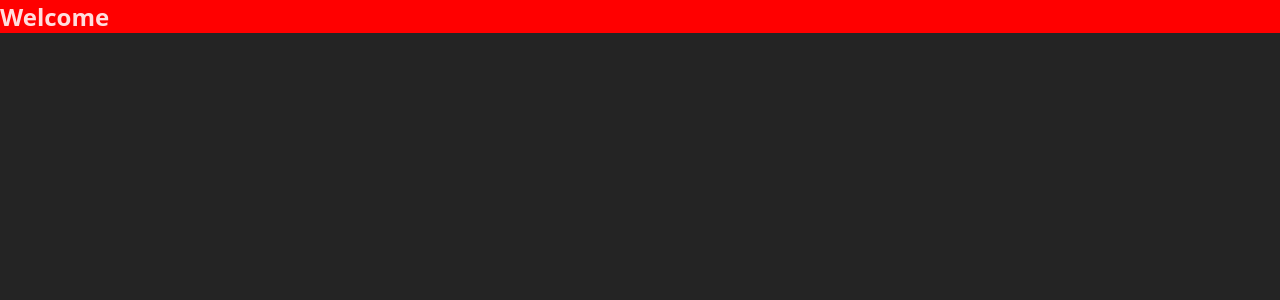
Repository: pedroantoniosi/ngm-esports-site
Page: /
The author's editor kept a copy of each file at every save. The page is drawn from the files as they stood at one save, then again after the next save.
The browser window is 1280 px wide. The pictures show the whole page.
The project was rebuilt for these pictures with package versions that can differ from the ones it lists, and the page was loaded fresh each time. Also part of the build but not shown: vite.config.ts.

Above is the page before, as saved 2025-10-24 21:06:49.

### index.html
<!doctype html>
<html lang="en">
  <head>
    <meta charset="UTF-8" />
    <link rel="icon" type="image/svg+xml" href="/vite.svg" />
    <meta name="viewport" content="width=device-width, initial-scale=1.0" />
    <title>ngmesports</title>
  </head>
  <body>
    <div id="root"></div>
    <script type="module" src="/src/main.tsx"></script>
  </body>
</html>

### src/main.tsx
import { StrictMode } from "react";
import { createRoot } from "react-dom/client";
import "./index.css";
import "./reset.css";
import App from "./App.tsx";

createRoot(document.getElementById("root")!).render(
  <StrictMode>
    <App />
  </StrictMode>
);

### src/index.css
:root {
  font-family: system-ui, Avenir, Helvetica, Arial, sans-serif;
  font-weight: 400;

  color-scheme: light dark;
  color: rgba(255, 255, 255, 0.87);
  background-color: #242424;

  font-synthesis: none;
  text-rendering: optimizeLegibility;
  -webkit-font-smoothing: antialiased;
  -moz-osx-font-smoothing: grayscale;
}




.hero-container {
  background-color: red;
}

### src/reset.css
/* <!-- ----------------------------------------------------------------------------------------------------------------- --> */
*,
*::before,
*::after {
  margin: 0;
  padding: 0;
  box-sizing: border-box;
  font-family: system-ui, -apple-system, BlinkMacSystemFont, "Segoe UI", Roboto, Oxygen, Ubuntu, Cantarell, "Open Sans", "Helvetica Neue", sans-serif;
}

input,
button,
select,
textarea {
  cursor: pointer;
  border: transparent;
  background-color: transparent;
  outline: none;
}

textarea {
  resize: none;
  min-height: 150px;

  /* Scrollbar moderno */
  &::-webkit-scrollbar {
    width: 12px;
    /* largura da barra lateral */
    height: 12px;
    /* altura da barra inferior */
  }

  &::-webkit-scrollbar-track {
    background: #0f0f0f;
    /* fundo do track */
  }

  &::-webkit-scrollbar-thumb {
    background-color: #555;
    border-radius: 10px;
    transition: background-color 0.3s ease;

    &:hover {
      background-color: #777;
      /* efeito hover suave */
    }

    &:active {
      background-color: #999;
      /* quando clica */
    }
  }

  /* Firefox */
  scrollbar-width: thin;
  scrollbar-color: #555 #0f0f0f;
}

ul,
ol {
  list-style: none;
}

a {
  text-decoration: none;
}

img,
picture {
  max-width: 100%;
  display: block;
  height: auto;
}

/* <!-- ----------------------------------------------------------------------------------------------------------------- --> */
.row-auto {
  display: flex;

  &>* {
    display: flex;
    flex: 1;
  }
}

.flex-1 {
  display: flex;
  flex: 1;
}

.flex-wrap {
  display: flex;
  flex-wrap: wrap;
}

/* <!-- ----------------------------------------------------------------------------------------------------------------- --> */
.row,
.row-xl,
.row-lg,
.row-md,
.row-sm {
  display: flex;
  flex-direction: row;
}

.col,
.col-xl,
.col-lg,
.col-md,
.col-sm {
  display: flex;
  flex-direction: column;
}

.row-reverse {
  display: flex;
  flex-direction: row-reverse;
}

.col-reverse {
  display: flex;
  flex-direction: column-reverse;
}

/* <!-- ----------------------------------------------------------------------------------------------------------------- --> */
.justify-center {
  justify-content: center;
}

.justify-around {
  justify-content: space-around;
}

.justify-between {
  justify-content: space-between;
}

.justify-evenly {
  justify-content: space-evenly;
}

.justify-start {
  justify-content: flex-start;
}

.justify-end {
  justify-content: flex-end;
}

/* <!-- ----------------------------------------------------------------------------------------------------------------- --> */
.align-center {
  align-items: center;
}

.align-start {
  align-items: start;
}

.align-end {
  align-items: end;
}

.align-self-center {
  align-self: center;
}

.align-self-start {
  align-self: flex-start;
}

.align-self-end {
  align-self: end;
}

/* <!-- ----------------------------------------------------------------------------------------------------------------- --> */
.gap-05 {
  gap: 0.5rem;
}

.gap-1 {
  gap: 1rem;
}

.gap-2 {
  gap: 2rem;
}

.gap-3 {
  gap: 3rem;
}

.gap-4 {
  gap: 4rem;
}

.gap-5 {
  gap: 5rem;
}

/* <!-- ----------------------------------------------------------------------------------------------------------------- --> */
.grid-auto {
  display: grid;
  grid-auto-flow: column;
  grid-auto-columns: 1fr;
}

.grid-2 {
  grid-template-columns: repeat(2, 1fr);
  grid-template-rows: auto;
}

.grid-3 {
  grid-template-columns: repeat(3, 1fr);
  grid-template-rows: auto;
}

.grid-4 {
  grid-template-columns: repeat(4, 1fr);
  grid-template-rows: auto;
}

.grid-5 {
  grid-template-columns: repeat(5, 1fr);
  grid-template-rows: auto;
}

.grid-6 {
  grid-template-columns: repeat(6, 1fr);
  grid-template-rows: auto;
}

.grid-7 {
  grid-template-columns: repeat(7, 1fr);
  grid-template-rows: auto;
}

.grid-8 {
  grid-template-columns: repeat(8, 1fr);
  grid-template-rows: auto;
}

.grid-9 {
  grid-template-columns: repeat(9, 1fr);
  grid-template-rows: auto;
}

.grid-10 {
  grid-template-columns: repeat(10, 1fr);
  grid-template-rows: auto;
}

.grid-11 {
  grid-template-columns: repeat(11, 1fr);
  grid-template-rows: auto;
}

.grid-12 {
  grid-template-columns: repeat(12, 1fr);
  grid-template-rows: auto;
}

.grid-2,
.grid-3,
.grid-4,
.grid-5,
.grid-6,
.grid-7,
.grid-8,
.grid-9,
.grid-10,
.grid-11,
.grid-12 {
  display: grid;
  grid-template-rows: 1fr;
}

/* <!-- -------------------------------- Margin -------------------------------- --> */
.m-auto {
  margin: 0 auto;
}

.mt-auto {
  margin-top: auto;
}

.mb-auto {
  margin-bottom: auto;
}

.ms-auto {
  margin-left: auto;
}

.me-auto {
  margin-right: auto;
}

.m-0 {
  margin: 0;
}

.m-05 {
  margin: 0.5rem;
}

.m-1 {
  margin: 1rem;
}

.m-2 {
  margin: 2rem;
}

.m-3 {
  margin: 3rem;
}

.m-4 {
  margin: 4rem;
}

.m-5 {
  margin: 5rem;
}

.mt-05 {
  margin-top: 0.5rem;
}

.mt-1 {
  margin-top: 1rem;
}

.mt-2 {
  margin-top: 2rem;
}

.mt-3 {
  margin-top: 3rem;
}

.mt-4 {
  margin-top: 4rem;
}

.mt-5 {
  margin-top: 5rem;
}

.mb-05 {
  margin-bottom: 0.5rem;
}

.mb-1 {
  margin-bottom: 1rem;
}

.mb-2 {
  margin-bottom: 2rem;
}

.mb-3 {
  margin-bottom: 3rem;
}

.mb-4 {
  margin-bottom: 4rem;
}

.mb-5 {
  margin-bottom: 5rem;
}

.ms-05 {
  margin-left: 0.5rem;
}

.ms-1 {
  margin-left: 1rem;
}

.ms-2 {
  margin-left: 2rem;
}

.ms-3 {
  margin-left: 3rem;
}

.ms-4 {
  margin-left: 4rem;
}

.ms-5 {
  margin-left: 5rem;
}

.me-05 {
  margin-right: 0.5rem;
}

.me-1 {
  margin-right: 1rem;
}

.me-2 {
  margin-right: 2rem;
}

.me-3 {
  margin-right: 3rem;
}

.me-4 {
  margin-right: 4rem;
}

.me-5 {
  margin-right: 5rem;
}

.mx-05 {
  margin-left: 0.5rem;
  margin-right: 0.5rem;
}

.mx-1 {
  margin-left: 1rem;
  margin-right: 1rem;
}

.mx-2 {
  margin-left: 2rem;
  margin-right: 2rem;
}

.mx-3 {
  margin-left: 3rem;
  margin-right: 3rem;
}

.mx-4 {
  margin-left: 4rem;
  margin-right: 4rem;
}

.mx-5 {
  margin-left: 5rem;
  margin-right: 5rem;
}

.my-05 {
  margin-top: 0.5rem;
  margin-bottom: 0.5rem;
}

.my-1 {
  margin-top: 1rem;
  margin-bottom: 1rem;
}

.my-2 {
  margin-top: 2rem;
  margin-bottom: 2rem;
}

.my-3 {
  margin-top: 3rem;
  margin-bottom: 3rem;
}

.my-4 {
  margin-top: 4rem;
  margin-bottom: 4rem;
}

.my-5 {
  margin-top: 5rem;
  margin-bottom: 5rem;
}

/* <!-- -------------------------------- Padding -------------------------------- --> */
.p-0 {
  padding: 0;
}

.p-05 {
  padding: 0.5rem;
}

.p-1 {
  padding: 1rem;
}

.p-2 {
  padding: 2rem;
}

.p-3 {
  padding: 3rem;
}

.p-4 {
  padding: 4rem;
}

.p-5 {
  padding: 5rem;
}

.pt-05 {
  padding-top: 0.5rem;
}

.pt-1 {
  padding-top: 1rem;
}

.pt-2 {
  padding-top: 2rem;
}

.pt-3 {
  padding-top: 3rem;
}

.pt-4 {
  padding-top: 4rem;
}

.pt-5 {
  padding-top: 5rem;
}

.pb-05 {
  padding-bottom: 0.5rem;
}

.pb-1 {
  padding-bottom: 1rem;
}

.pb-2 {
  padding-bottom: 2rem;
}

.pb-3 {
  padding-bottom: 3rem;
}

.pb-4 {
  padding-bottom: 4rem;
}

.pb-5 {
  padding-bottom: 5rem;
}

.ps-05 {
  padding-left: 0.5rem;
}

.ps-1 {
  padding-left: 1rem;
}

.ps-2 {
  padding-left: 2rem;
}

.ps-3 {
  padding-left: 3rem;
}

.ps-4 {
  padding-left: 4rem;
}

.ps-5 {
  padding-left: 5rem;
}

.pe-05 {
  padding-right: 0.5rem;
}

.pe-1 {
  padding-right: 1rem;
}

.pe-2 {
  padding-right: 2rem;
}

.pe-3 {
  padding-right: 3rem;
}

.pe-4 {
  padding-right: 4rem;
}

.pe-5 {
  padding-right: 5rem;
}

.px-05 {
  padding-left: 0.5rem;
  padding-right: 0.5rem;
}

.px-1 {
  padding-left: 1rem;
  padding-right: 1rem;
}

.px-2 {
  padding-left: 2rem;
  padding-right: 2rem;
}

.px-3 {
  padding-left: 3rem;
  padding-right: 3rem;
}

.px-4 {
  padding-left: 4rem;
  padding-right: 4rem;
}

.px-5 {
  padding-left: 5rem;
  padding-right: 5rem;
}

.py-05 {
  padding-top: 0.5rem;
  padding-bottom: 0.5rem;
}

.py-1 {
  padding-top: 1rem;
  padding-bottom: 1rem;
}

.py-2 {
  padding-top: 2rem;
  padding-bottom: 2rem;
}

.py-3 {
  padding-top: 3rem;
  padding-bottom: 3rem;
}

.py-4 {
  padding-top: 4rem;
  padding-bottom: 4rem;
}

.py-5 {
  padding-top: 5rem;
  padding-bottom: 5rem;
}

/* <!-- -------------------------------- Tools -------------------------------- --> */
.position-absolute {
  position: absolute;
}

.center-aboslute {
  top: 50%;
  left: 50%;
  transform: translate(-50%, -50%);
}

.position-relative {
  position: relative;
}

.position-fixed {
  position: fixed;
}

.position-sticky {
  position: sticky;
}

/* <!-- -------------------------------- Display -------------------------------- --> */
.row,
.row-xl,
.row-lg,
.row-md,
.row-sm {
  display: flex;
}

.d-grid,
.d-grid-xl,
.d-grid-lg,
.d-grid-md,
.d-grid-sm {
  display: grid;
}

.d-none,
.d-none-xl,
.d-none-lg,
.d-none-md,
.d-none-sm {
  display: none;
}

.d-block,
.d-block-xl,
.d-block-lg,
.d-block-md,
.d-block-sm {
  display: block;
}

.d-flex,
.d-flex-xl,
.d-flex-lg,
.d-flex-md,
.d-flex-sm {
  display: flex;
}

/* <!-- -------------------------------- Tools -------------------------------- --> */
.cursor-pointer {
  cursor: pointer;
}

.overflow-hidden {
  overflow: hidden;
}

.textwrap-none {
  white-space: none;
}

.select-none {
  -webkit-user-select: none;
  -moz-user-select: none;
  user-select: none;
}

.text-center {
  text-align: center;
}

.place-center {
  place-items: center;
}

.w-100 {
  width: 100%;
}

.h-100 {
  height: 100%;
}

/* Large screen devices (Desktops) */
@media (max-width: 992px) {
  .row-lg {
    display: flex;
    flex-direction: column;
  }

  .d-flex-lg {
    display: none;
  }

  .d-none-lg {
    display: block;
  }
}

/* Medium Screens Devices (Tablets) */
@media (max-width: 768px) {
  .row-md {
    display: flex;
    flex-direction: column;
  }

  .d-flex-md {
    display: none;
  }

  .d-none-md {
    display: block;
  }
}

/*  Small devices (Phones) */
@media (max-width: 568px) {
  .row-sm {
    display: flex;
    flex-direction: column;
  }

  .d-flex-sm {
    display: none;
  }

  .d-none-sm {
    display: block;
  }
}

/*# sourceMappingURL=reset.css.map */

### src/App.tsx
import Hero from "./components/Hero/Index";

function App() {
  return (
    <>
      <Hero />
    </>
  );
}

export default App;

### src/components/Hero/Index.tsx
import React from "react";

interface HeroProps {
  title?: string;
  subtitle?: string;
  children?: React.ReactNode;
}

const Hero = ({ title = "Welcome", subtitle, children }: HeroProps) => {
  return (
    <section className="hero-container" role="banner" aria-label="Hero">
      <div className="hero-content">
        <h1>{title}</h1>
        {subtitle && <p className="hero-subtitle">{subtitle}</p>}
        {children}
      </div>
    </section>
  );
};

export default Hero;

After the next save:
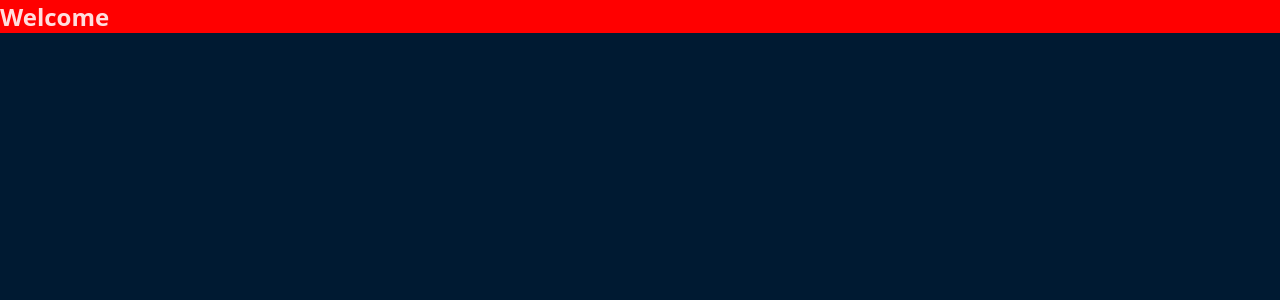
Saved 3 h 20 min later.
--- a/src/index.css
+++ b/src/index.css
@@ -4,7 +4,7 @@
 
   color-scheme: light dark;
   color: rgba(255, 255, 255, 0.87);
-  background-color: #242424;
+  background-color: #001A32;
 
   font-synthesis: none;
   text-rendering: optimizeLegibility;
